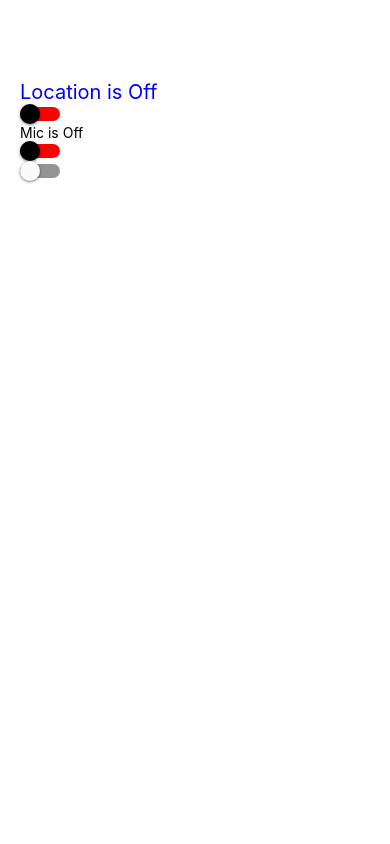
Repository: akinmiday/ReactNativeApp
Screen: /
These files come from the project's save history. The screen is drawn as it stood at one moment and after the next save; the edit follows.
The app was drawn by React Native's web renderer in a window 390 px wide. The project was rebuilt for these pictures with package versions that can differ from the ones it lists, and the page was loaded fresh each time.

Above is the screen before, as saved 2023-08-05 05:35:30.

After the next save:
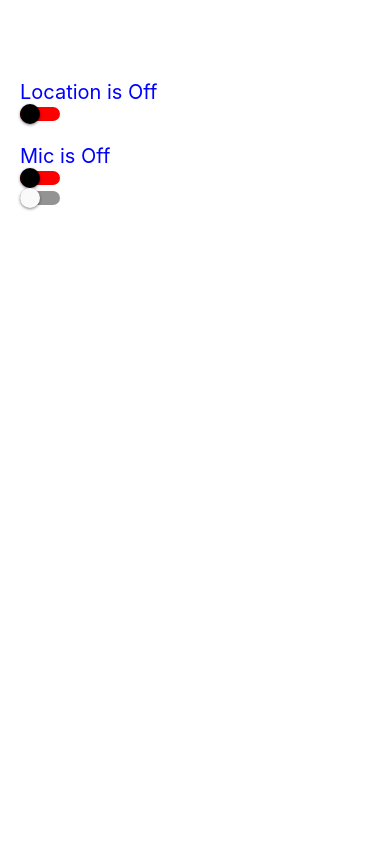
Saved 12 s later.
--- a/App.js
+++ b/App.js
@@ -19,7 +19,7 @@ export default function App() {
         onValueChange={() => setLocation(!location)}
         value={location}
       />
-      <Text>Mic is {mic ? "On" : "Off"}</Text>
+      <Text style={text}>Mic is {mic ? "On" : "Off"}</Text>
       <Switch
         trackColor={{ false: "red", true: "green" }}
         thumbColor={"black"}
